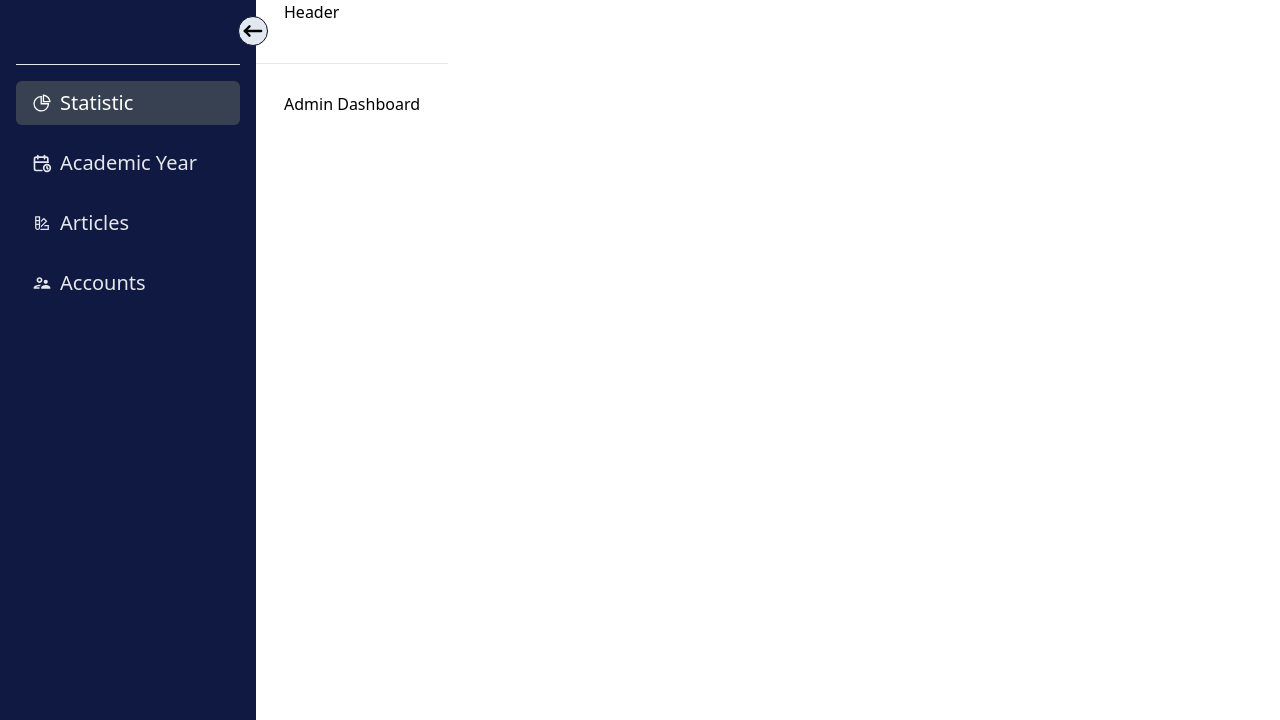
Repository: huynhvanngoan/COMP1640FE-Template
Page: /admin
These files come from the project's save history. The page is drawn as it stood at one moment and after the next save; the edit follows.
The browser window is 1280 px wide. The pictures show the whole page.
The project was rebuilt for these pictures with package versions that can differ from the ones it lists, and the page was loaded fresh each time. Also part of the build but not shown: src/components/buttonStyles.js, src/pages/LoginPage.jsx, src/pages/student/StudentDashboard.jsx, src/pages/department/DepartmentDashboard.jsx, src/pages/marketing/MarketingDashboard.jsx, src/pages/guest/GuestDashboard.jsx.

Above is the page before, as saved 2024-03-24 06:54:28.

### src/index.js
import React from 'react';
import ReactDOM from 'react-dom/client';
import './index.css';
import App from './App';

const root = ReactDOM.createRoot(document.getElementById('root'));
root.render(
  <React.StrictMode>
      <App />
  </React.StrictMode>
)

### src/index.css
@import url('https://fonts.googleapis.com/css2?family=Inter:wght@100;200;300;400;500;600;700;800;900&display=swap');
@tailwind base;
@tailwind components;
@tailwind utilities;

### src/App.js
import React from 'react'
import { BrowserRouter as Router, Routes, Route, Navigate } from "react-router-dom";
import LoginPage from './pages/LoginPage';
import StudentDashboard from './pages/student/StudentDashboard';
import DepartmentDashboard from './pages/department/DepartmentDashboard';
import MarketingDashboard from './pages/marketing/MarketingDashboard';
import GuestDashboard from './pages/guest/GuestDashboard';
import Layout from './pages/admin/layout';
const App = () => {


  return (
    <Router>
        <Routes>
          <Route path="/login" element={<LoginPage/>} />

          <Route path="/admin" element={<Layout />}/>

          <Route path="/student-dashboard" element={<StudentDashboard />}/>

          <Route path="/guest-dashboard" element={<GuestDashboard />}/>

          <Route path="/department-dashboard" element={<DepartmentDashboard />}/>

          <Route path="/marketing-dashboard" element={<MarketingDashboard />}/>

          {/* <Route path='/marketing-homepage' element={<MarketingHomePage  />}/> */}

          <Route path='*' element={<Navigate to="/login" />} />

        </Routes>
    </Router>
  )
}

export default App

### src/pages/admin/layout.js
import React from 'react';
import Sidebar from './Sidebar';
import Header from './Header';
import AdminDashboard from './AdminDashboard';


export default function Layout() {
  return (
      <div className='flex'>
        <Sidebar />
        <div className='flex flex-col'>
          <Header />
          <AdminDashboard />
        </div>
      </div>
  );
}

### src/pages/admin/Sidebar.js
import React, { useState } from 'react';
import { Link } from 'react-router-dom';
import { AiOutlinePieChart } from "react-icons/ai";
import { TbCalendarTime } from "react-icons/tb";
import { LiaSwatchbookSolid } from "react-icons/lia";
import { MdOutlineSupervisorAccount } from "react-icons/md";
import { TbArrowNarrowLeft } from "react-icons/tb";
export const SidebarContent = [
  {
    icon: AiOutlinePieChart,
    heading: "Statistic"
  },
  {
    icon: TbCalendarTime,
    heading: "Academic Year"
  },
  {
    icon: LiaSwatchbookSolid,
    heading: "Articles"
  },
  {
    icon: MdOutlineSupervisorAccount,
    heading: "Accounts"
  }
]

export default function Sidebar() {
  const [selected, setSelected] = useState(0);
  const [colapse, setColapse] = useState(true);

  return (
    <div className={`left-0 top-0 h-screen bg-[#0f1941] p-4 ${colapse ? "w-64" : "w-20"} duration-300`}>
        <div className='flex flex-col'>
           <div className='relative flex h-10 justify-end'>
            <TbArrowNarrowLeft  className={`text-3xl bg-slate-200 rounded-full cursor-pointer absolute -right-7 border border-[#080e24] hover:text-white ${!colapse && 'rotate-180'}`} onClick={() => setColapse(!colapse)} />
           </div>
          <ul className='my-2 border-t pt-4 w-full items-center'>
            {SidebarContent.map((item, index) => {
              return (
                <li className={selected === index  ? "mb-4 group active" : "mb-4" } key={index} onClick={() => setSelected(index)}>
                  <Link to="#" className={`flex w-full rounded-md items-center space-x-2 text-gray-200 px-4 py-2 hover:bg-[#080e24] hover:text-white group-[.active]:bg-gray-700 group-[.active]:text-white ${colapse ? 'text-xl': 'text-3xl'}`}>
                    { colapse ? (
                      <>
                        <item.icon />
                        <span>{item.heading}</span>
                      </>
                    ) : ( <item.icon />)
                    }
                  </Link>
                </li>
              )
            })}
          </ul>
        </div>
    </div>
  );
}

### src/pages/admin/Header.js
import React from 'react';

export default function Header() {
  return (
    <div className='px-7 border-b w-full h-16'>
        Header
    </div>
  );
}

### src/pages/admin/AdminDashboard.js
import React from 'react'

const AdminDashboard = () => {
  return (
      <div className='p-7'>
        Admin Dashboard
      </div>
  )
}

export default AdminDashboard

### tailwind.config.js
/** @type {import('tailwindcss').Config} */
module.exports = {
  content: [
    "./src/**/*.{js,jsx,ts,tsx}",
  ],
  theme: {
    extend: {
      fontFamily: {
        "inter": ["Inter", "sans-serif"]
      }
    },
  },
  plugins: [],
}

Loaded but not shown: public/index.html (common file)

After the next save:
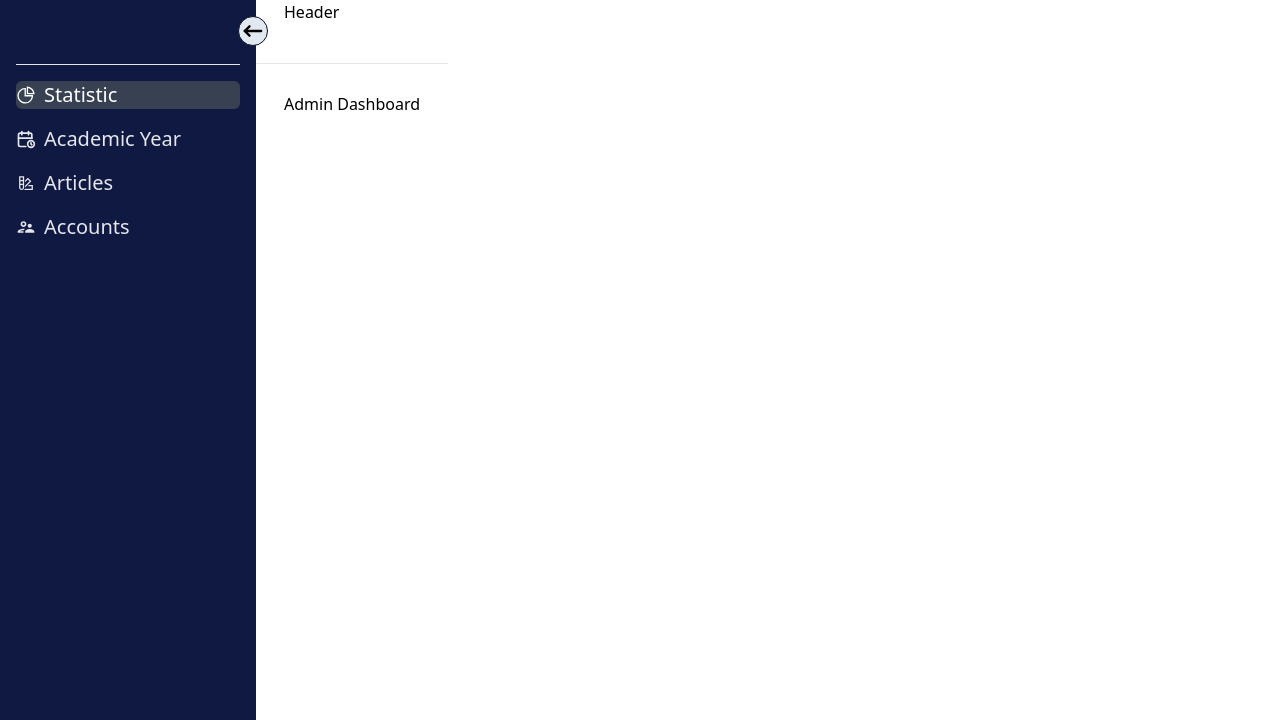
Saved 32 s later.
--- a/src/pages/admin/Sidebar.js
+++ b/src/pages/admin/Sidebar.js
@@ -38,7 +38,7 @@
             {SidebarContent.map((item, index) => {
               return (
                 <li className={selected === index  ? "mb-4 group active" : "mb-4" } key={index} onClick={() => setSelected(index)}>
-                  <Link to="#" className={`flex w-full rounded-md items-center space-x-2 text-gray-200 px-4 py-2 hover:bg-[#080e24] hover:text-white group-[.active]:bg-gray-700 group-[.active]:text-white ${colapse ? 'text-xl': 'text-3xl'}`}>
+                  <Link to="#" className={`flex w-full rounded-md items-center space-x-2 text-gray-200  hover:bg-[#080e24] hover:text-white group-[.active]:bg-gray-700 group-[.active]:text-white ${colapse ? 'text-xl': 'text-3xl'}`}>
                     { colapse ? (
                       <>
                         <item.icon />

After the 2 saves that followed:
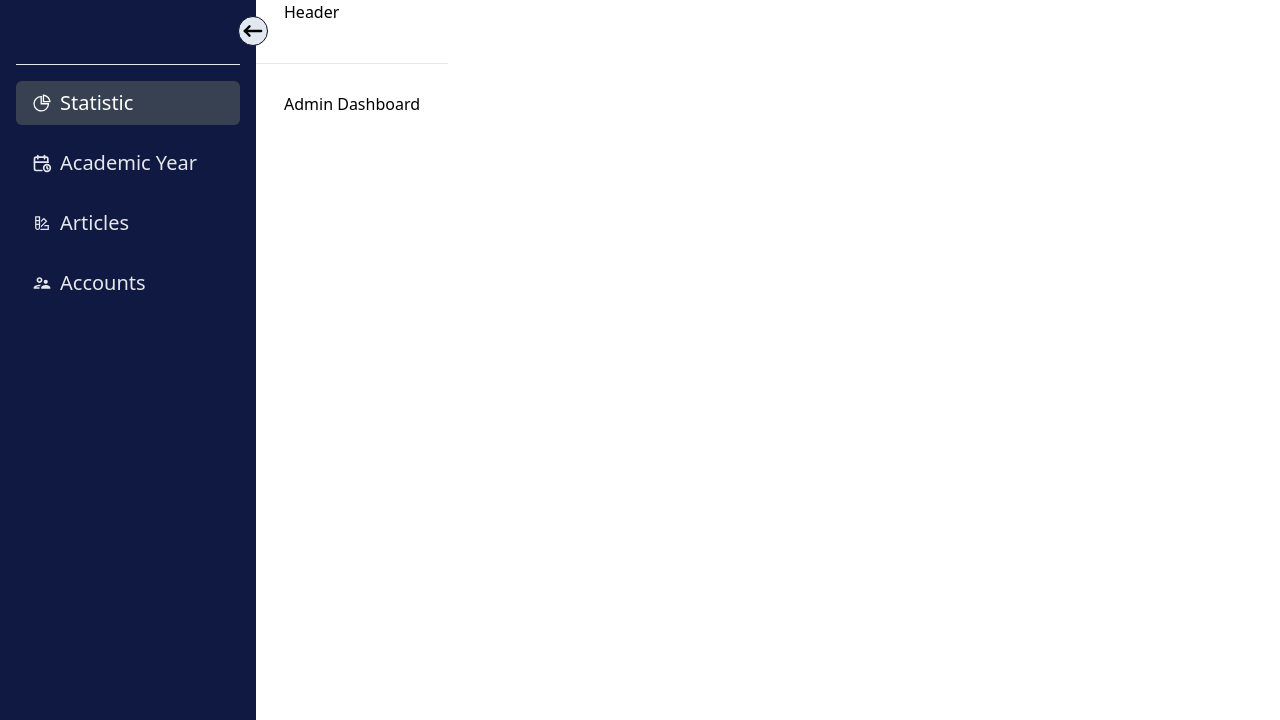
The 2 saves are shown as one change because they came seconds apart.
The last was saved 6 s later.
--- a/src/pages/admin/Sidebar.js
+++ b/src/pages/admin/Sidebar.js
@@ -38,7 +38,7 @@
             {SidebarContent.map((item, index) => {
               return (
                 <li className={selected === index  ? "mb-4 group active" : "mb-4" } key={index} onClick={() => setSelected(index)}>
-                  <Link to="#" className={`flex w-full rounded-md items-center space-x-2 text-gray-200  hover:bg-[#080e24] hover:text-white group-[.active]:bg-gray-700 group-[.active]:text-white ${colapse ? 'text-xl': 'text-3xl'}`}>
+                  <Link to="#" className={`flex w-full rounded-md items-center space-x-2 text-gray-200  hover:bg-[#080e24] hover:text-white group-[.active]:bg-gray-700 group-[.active]:text-white ${colapse ? 'text-xl px-4 py-2 ': 'text-3xl px-4 py-2'}`}>
                     { colapse ? (
                       <>
                         <item.icon />
